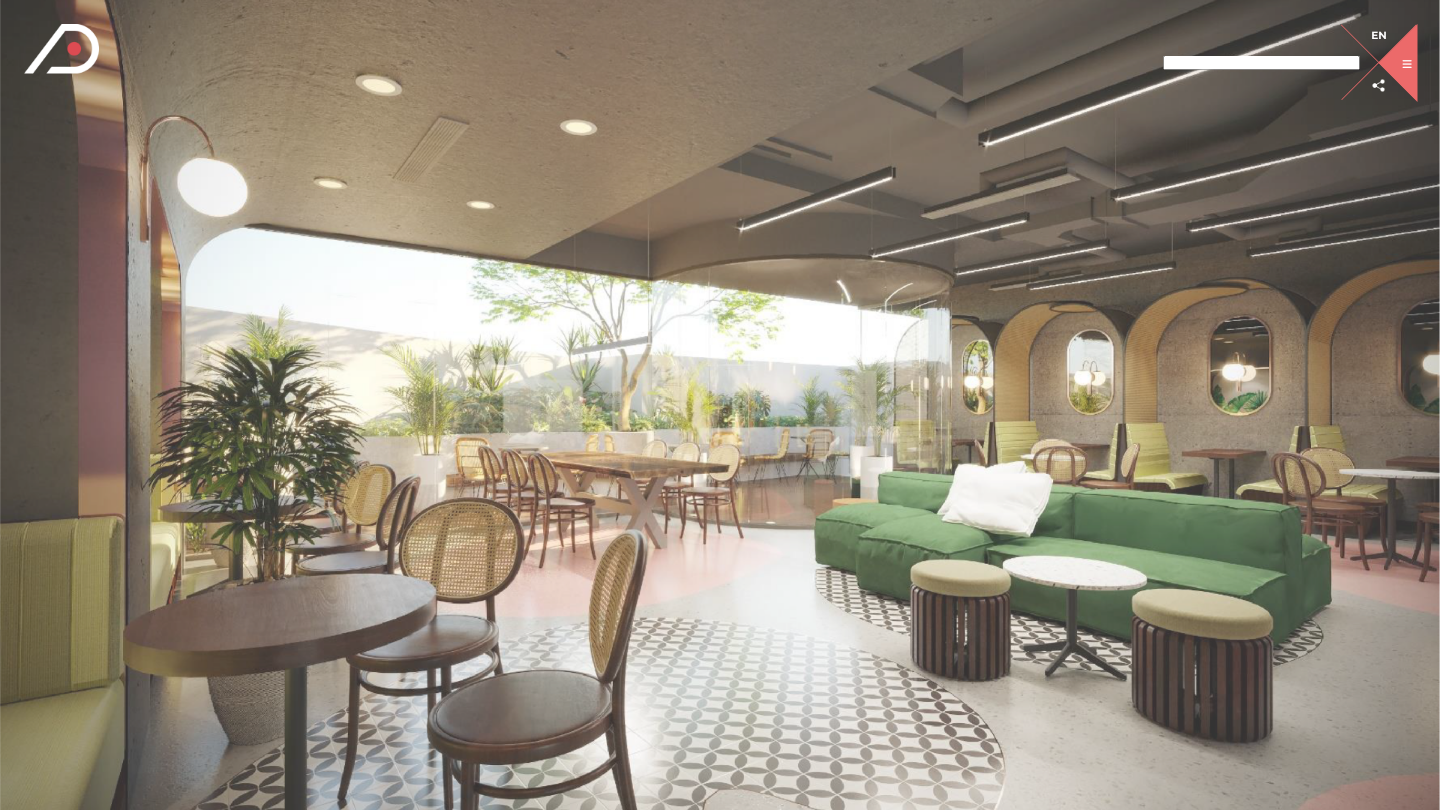
Repository: iphoneboy46/demoMonaFigma
Page: index.html
These files come from the project's save history. The page is drawn as it stood at one moment and after the next save; the edit follows.
The browser window is 1280 px wide. The page is 1920 px wide, so the pictures cover 1920 px, including what lies to the right of the window. The pictures show the whole page, at 75% of full size.
Some web libraries are served in a nearby version.

Above is the page before, as saved 2023-03-20 12:49:47.

After the next save:
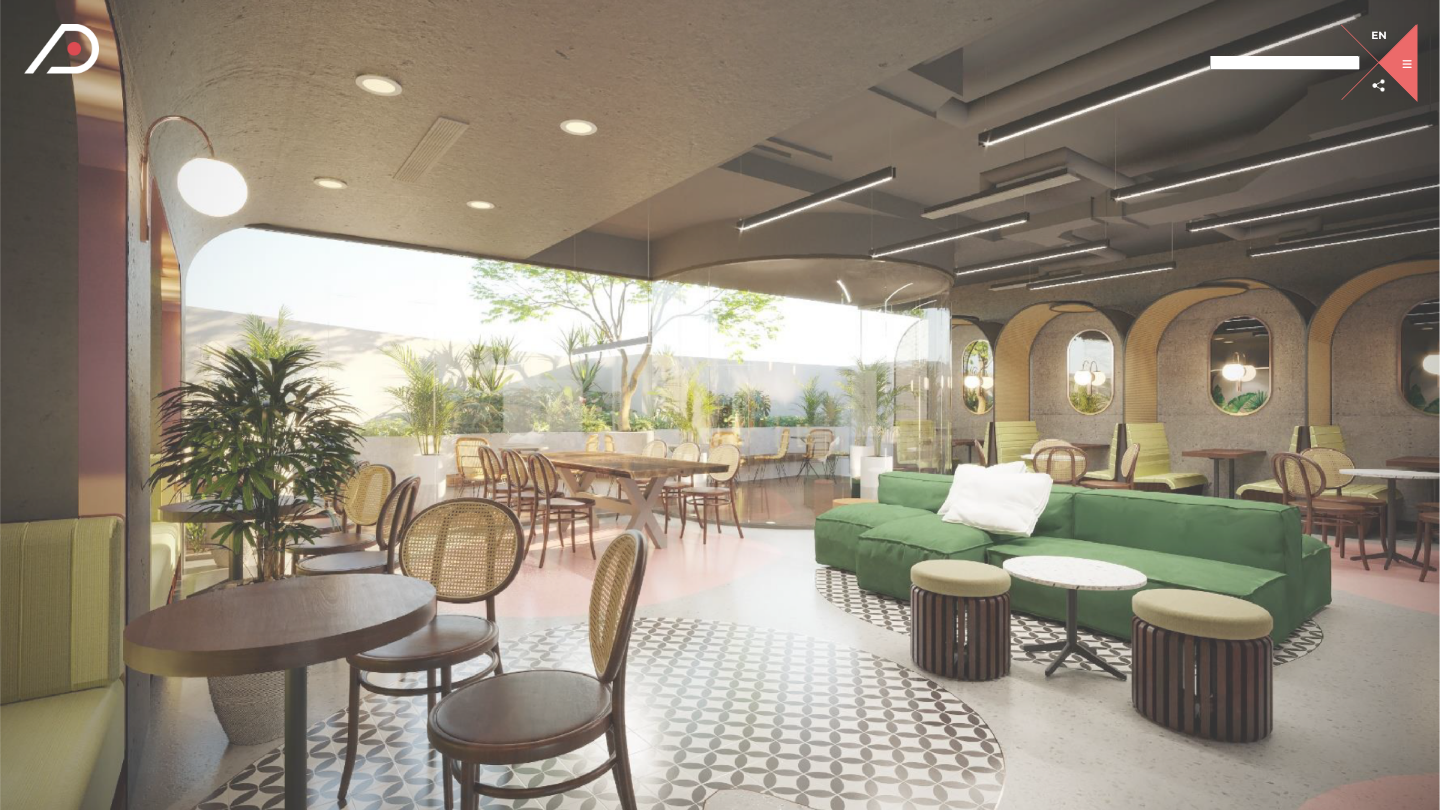
Saved 54 s later.
--- a/style.css
+++ b/style.css
@@ -150,7 +150,7 @@ header::after {
     position: absolute;
     top: -10px;
     right: 25px;
-    width: 262px;
+    width: 200px;
 
 }
 
